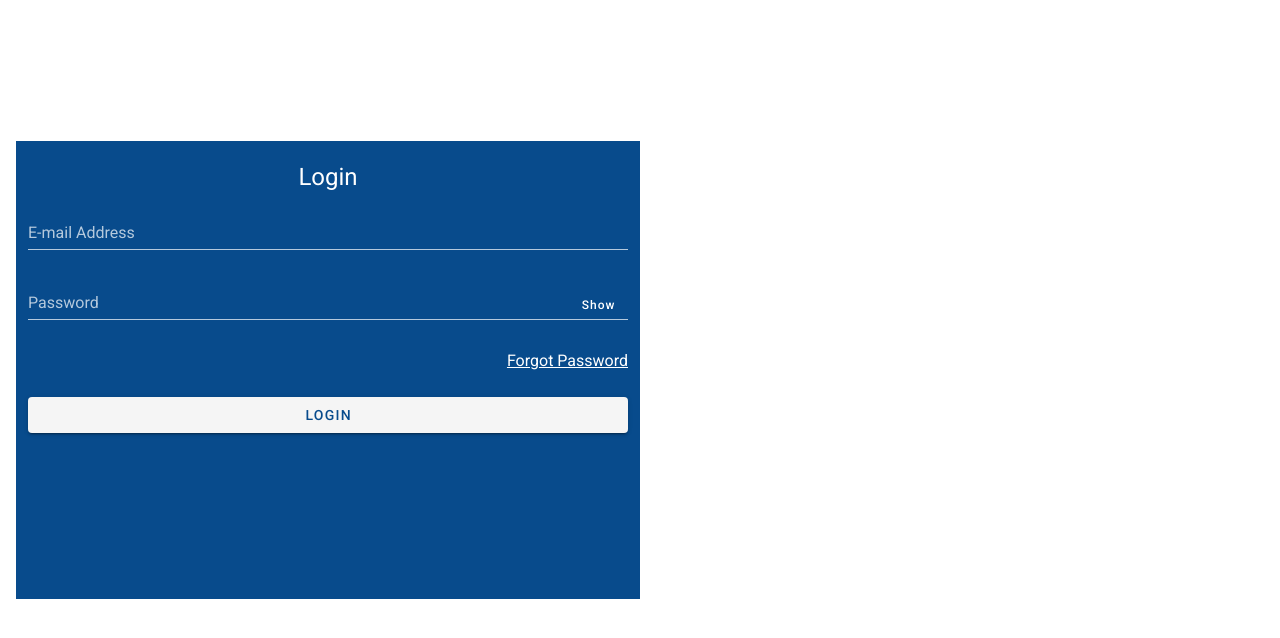
Repository: Grace229/Login
Page: /
An editor plug-in stored every save of this project. The page is shown before and after the next save, followed by the edit.
The browser window is 1280 px wide. The pictures show the whole page.
The project was rebuilt for these pictures with package versions that can differ from the ones it lists, and the page was loaded fresh each time. Also part of the build but not shown: vue.config.js. Imported but missing from the stored project, and not drawn on this page: src/components/EventBus, src/views/About.vue.

Above is the page before, as saved 2021-02-15 12:02:36.

### src/App.vue
<template>
  <v-app>
    <v-main><router-view></router-view> </v-main>
  </v-app>
</template>

<script>
export default {
  name: "App",

  components: {},

  data: () => ({
    //
  }),
};
</script>

### src/plugins/vuetify.js
import Vue from "vue";
import Vuetify from "vuetify/lib/framework";

Vue.use(Vuetify);

export default new Vuetify({
  theme: {
    options: {
      customProperties: true
    },
    themes: {
      light: {
        primary: "#084b8c",
        secondary: "#424242",
        accent: "#82B1FF",
        error: "#FF5252",
        info: "#2196F3",
        success: "#4CAF50",
        warning: "#FFC107"
      }
    }
  }
});

### src/views/Home.vue
<template>
  <main
    style="min-height:100vh"
    class="fill-height white--text d-flex flex-column justify-center pa-4"
  >
    <div class="col-md-8 mt-5 primary min-height:100vh" style="width: 50%">
      <header>
        <div class="headline text-center py-2">
          Login
        </div>
      </header>

      <section class="mx-auto">
        <div>
          <v-text-field
            dark
            label="E-mail Address"
            v-model="FORM.email"
            :rules="[rules.required, rules.email]"
          />
        </div>
        <div>
          <v-text-field
            dark
            v-model="password"
            :rules="[rules.required]"
            label="Password"
            :type="showPassword ? 'text' : 'password'"
          >
            <v-btn
              text
              small
              slot="append"
              @click="showPassword = !showPassword"
              class="transparent text-capitalize"
              >{{ showPassword ? "hide" : "show" }}</v-btn
            >
          </v-text-field>

          <div class="text-right py-2">
            <router-link to="/#" class="white--text"
              >Forgot Password</router-link
            >
          </div>

          <div class="pt-4">
            <v-btn block class="primary--text">Login</v-btn>
          </div>
        </div>
      </section>
    </div>
  </main>
</template>

<script>
import axios from "axios";
import router from "../router";
import EventBus from "../components/EventBus";
export default {
  data() {
    return {
      email: "",
      password: "",
      FORM: {},
      showPassword: false,
      rules: {
        required: (value) => !!value || "Required.",
        counter: (value) => value.length <= 20 || "Max 20 characters",
        email: (value) => {
          const pattern = /^(([^<>()[\]\\.,;:\s@"]+(\.[^<>()[\]\\.,;:\s@"]+)*)|(".+"))@((\[[0-9]{1,3}\.[0-9]{1,3}\.[0-9]{1,3}\.[0-9]{1,3}])|(([a-zA-Z\-0-9]+\.)+[a-zA-Z]{2,}))$/;
          return pattern.test(value) || "Invalid e-mail.";
        },
      },
    };
  },
  methods: {
    login() {
      axios
        .post("/users/Login", {
          email: this.email,
          password: this.password,
        })
        .then((res) => {
          localStorage.setItem("usertoken", res.data);
          this.email = "";
          this.password = "";
          router.push({ name: "Profile" });
        })
        .catch((err) => {
          console.log(err);
        });
      this.emitMethod();
    },
    emitMethod() {
      EventBus.$emit("logged-in", "loggedin");
    },
  },
};
</script>

Loaded but not shown: public/index.html (common file); src/main.js (common file); src/router/index.js (common file); src/store/index.js (common file)

After the next save:
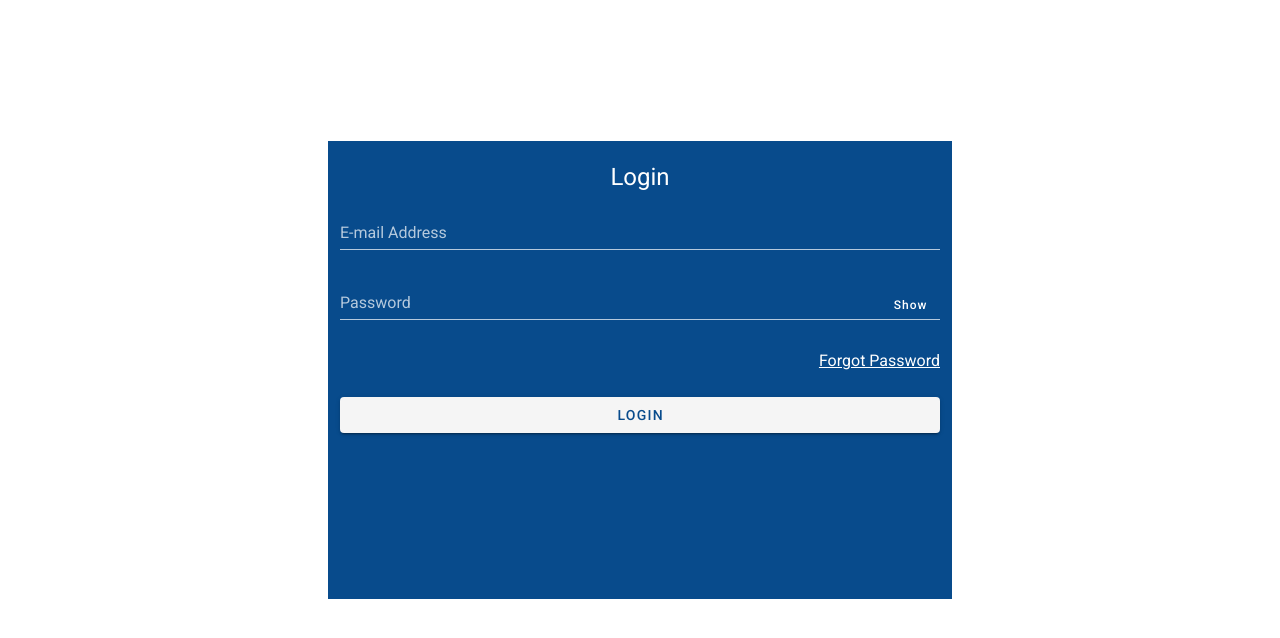
Saved 41 s later.
--- a/src/views/Home.vue
+++ b/src/views/Home.vue
@@ -3,7 +3,10 @@
     style="min-height:100vh"
     class="fill-height white--text d-flex flex-column justify-center pa-4"
   >
-    <div class="col-md-8 mt-5 primary min-height:100vh" style="width: 50%">
+    <div
+      class="col-md-8 mt-5 primary mx-auto min-height:100vh"
+      style="width: 50%"
+    >
       <header>
         <div class="headline text-center py-2">
           Login
